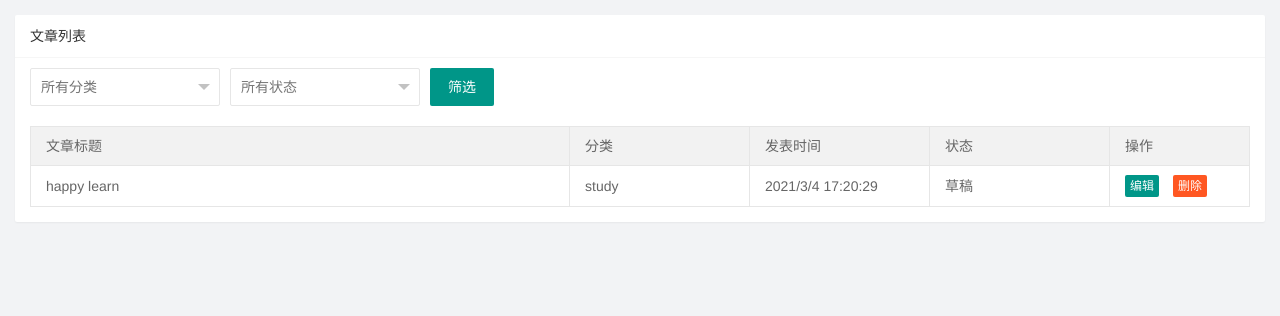
Repository: Libing-spac/big-event
Page: article/art_list.html
These files come from the project's save history. The page is drawn as it stood at one moment and after a run of saves; the edit follows.
The browser window is 1280 px wide. The pictures show the whole page.
The page's requests for data from a server got no answer.

Above is the page before, as saved 2021-03-15 15:18:16.

### article/art_list.html
<!DOCTYPE html>
<html lang="en">

<head>
  <meta charset="UTF-8">
  <meta name="viewport" content="width=device-width, initial-scale=1.0">
  <meta http-equiv="X-UA-Compatible" content="ie=edge">
  <title>Document</title>
  <link rel="stylesheet" href="../assets/lib/layui/css/layui.css" />
  <link rel="stylesheet" href="../assets/css/article/art_list.css" />
</head>

<body>
  <!-- 卡片区域 -->
  <div class="layui-card">
    <div class="layui-card-header">文章列表</div>
    <div class="layui-card-body">
      <!-- 筛选区域 -->
      <form class="layui-form" id="form">
        <div class="layui-form-item">
          <div class="layui-inline">
            <!-- 文章分类的下拉框区域 -->
            <div class="layui-input-inline">
              <select id="cateSelect" name="cate_id">
                <option value="">所有分类</option>
              </select>
            </div>
            <div class="layui-input-inline">
              <select id="stateSelect" name="state">
                <option value="">所有状态</option>
                <option value="已发布">已发布</option>
                <option value="草稿">草稿</option>
              </select>
            </div>
            <div class="layui-input-inline">
              <button class="layui-btn" lay-submit>筛选</button>
            </div>
          </div>
        </div>
      </form>

      <!-- 表格区域 -->
      <table class="layui-table">
        <colgroup>
          <col width="">
          <col width="180">
          <col width="180">
          <col width="180">
          <col width="140">
          <col>
        </colgroup>
        <thead>
          <tr>
            <th>文章标题</th>
            <th>分类</th>
            <th>发表时间</th>
            <th>状态</th>
            <th>操作</th>
          </tr>
        </thead>
        <tbody id="list">
          <tr>
            <td>happy learn</td>
            <td>study</td>
            <td>2021/3/4 17:20:29</td>
            <td>草稿</td>
            <td>
              <button type="button" class="layui-btn layui-btn-xs btn_edit">编辑</button>
              <button type="button" class="layui-btn layui-btn-danger layui-btn-xs btn_delete">删除</button>
            </td>
          </tr>
        </tbody>
      </table>

      <!-- 分页区域 -->
      <div id="page-box"></div>
    </div>
  </div>

  <script src="../assets/lib/layui/layui.all.js"></script>
  <script src="../assets/lib/jquery.js"></script>
  <script src="../assets/lib/axios.min.js"></script>
  <script src="../assets/js/ajaxBase.js"></script>
  <script src="../assets/js/article/art_list.js"></script>
</body>

</html>

### assets/css/article/art_list.css
html,
body {
  margin: 0;
  padding: 0;
  background-color: #f2f3f5;
}

body {
  padding: 15px;
}

### assets/js/ajaxBase.js
// 优化1 => 配置根路径
axios.defaults.baseURL = 'http://api-breakingnews-web.itheima.net'
// 优化2 => 配置请求头信息
// 添加请求拦截器
axios.interceptors.request.use(
  function (config) {
    // 在发送请求之前做些什么
    if (config.url.indexOf('/my') !== -1) {
      // 说明有my
      config.headers.Authorization = localStorage.getItem('token')
    }

    return config
  },
  function (error) {
    // 对请求错误做些什么
    return Promise.reject(error)
  }
)

// 添加响应拦截器
axios.interceptors.response.use(
  function (response) {
    if (
      response.data.status === 1 &&
      response.data.message === '身份认证失败！'
    ) {
      // 如果获取身份信息失败 清除token 返回登录页面
      localStorage.removeItem('token')
      location.href = '/login.html'
    }
    // 对响应数据做点什么
    return response
  },
  function (error) {
    // 对响应错误做点什么
    return Promise.reject(error)
  }
)

### assets/js/article/art_list.js
$(function () {
  let laypage = layui.laypage
  let form = layui.form
  let query = {
    pagenum: 1, //是	int	页码值
    pagesize: 2, //是	int	每页显示多少条数据
    cate_id: '', //否	string	文章分类的 Id
    state: '', //否	string	文章的状态，可选值有：已发布、草稿
  }
  // ============== 发送ajax请求获取数据列表 =================
  getList()
  function getList() {
    axios
      .get('/my/article/list', {
        params: query,
      })
      .then((res) => {
        // 清空内容
        $('#list').empty()
        // 将获取的列表遍历添加到页面
        res.data.data.forEach((item) => {
          $(`<tr>
              <td>${item.title}</td>
              <td>${item.cate_name}</td>
              <td>${formatTime(item.pub_date)}</td>
              <td>${item.state}</td>
              <td>
                <button type="button" data-id="${
                  item.Id
                }" class="layui-btn layui-btn-xs btn_edit">编辑</button>
                <button type="button" data-id="${
                  item.Id
                }"class="layui-btn layui-btn-danger layui-btn-xs btn_delete">删除</button>
              </td>
          </tr>`).appendTo($('#list'))
        })
      })
  }
  // ============== 获取下拉框的分类数据 =================
  axios.get('/my/article/cates').then((res) => {
    console.log(res.data.data)
    // 动态创建option添加到下拉框中
    res.data.data.forEach((item) => {
      console.log(item)
      $(`
        <option value="${item.Id}">${item.name}</option>
      `).appendTo($('#cateSelect'))
    })
    // 手动更新表单
    form.render()
  })

  // ============== 实现帅选功能 =================
  $('#form').on('submit', function (e) {
    e.preventDefault()
    // 在发送请求之前，还需要修改下query查询参数里面的cate_id 以及 state 值
    query.cate_id = $('#cateSelect').val()
    query.state = $('#stateSelect').val()
    query.pagenum = 1
    getList()
  })
  // ============== 实现分页效果 =================
  laypage.render({
    elem: 'page - box', //注意，这里的 test1 是 ID，不用加 # 号
    // count: res.data.total, //数据总数，从服务端得到
    curr: query.pagenum, // 起始页
    limit: query.pagesize, // 每页条数
    layout: ['count', 'limit', 'prev', 'page', 'next', 'skip'], // 自定义分页效果
    limits: ['1', '2', '3', '5', '8', '10'], // 每页条数选项
    // 点击切换功能
    jump: function (obj, first) {
      //obj包含了当前分页的所有参数，比如：
      // console.log(obj.curr) //得到当前页，以便向服务端请求对应页的数据。
      // console.log(obj.limit) //得到每页显示的条数

      //首次不执行
      if (!first) {
        //do something
      }
    },
  })

  // ============== 格式化时间处理 =================
  // 格式化时间
  function formatTime(time) {
    let date = new Date(time)
    let y = date.getFullYear() // 年
    let m = date.getMonth() + 1 // 月
    let d = date.getDate() // 日
    let hh = date.getHours() // 时
    let mm = date.getMinutes() // 分
    let ss = date.getSeconds() // 秒

    return `${y}-${addZero(m)}-${addZero(d)} ${addZero(hh)}:${addZero(mm)}:${addZero(ss)}`
  }

  function addZero(n) {
    return n < 10 ? '0' + n : n
  }
})

Loaded but not shown: assets/lib/layui/css/layui.css (library); assets/lib/layui/layui.all.js (library); assets/lib/jquery.js (library); assets/lib/axios.min.js (library); assets/lib/layui/css/modules/laydate/default/laydate.css (library); assets/lib/layui/css/modules/layer/default/layer.css (library); assets/lib/layui/css/modules/code.css (common file)

After the next 2 saves:
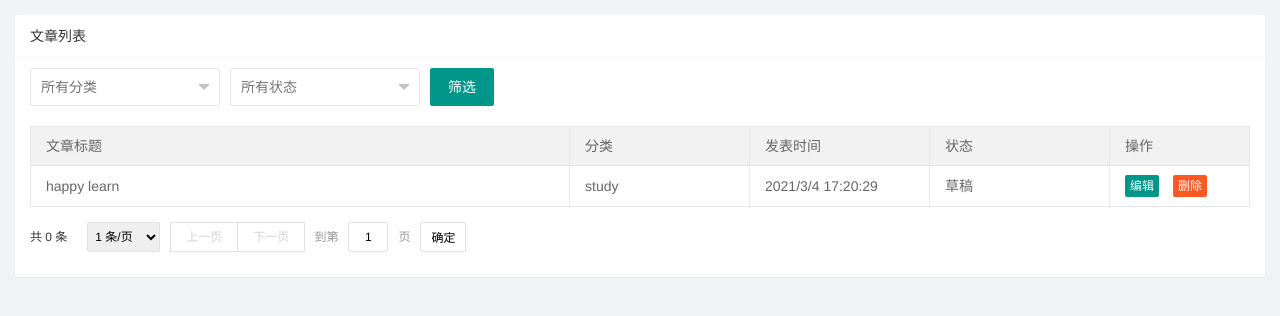
The 2 saves are shown as one change because they came seconds apart.
The last was saved 2 min 40 s later.
--- a/assets/js/article/art_list.js
+++ b/assets/js/article/art_list.js
@@ -61,7 +61,7 @@
   })
   // ============== 实现分页效果 =================
   laypage.render({
-    elem: 'page - box', //注意，这里的 test1 是 ID，不用加 # 号
+    elem: 'page-box', //注意，这里的 test1 是 ID，不用加 # 号
     // count: res.data.total, //数据总数，从服务端得到
     curr: query.pagenum, // 起始页
     limit: query.pagesize, // 每页条数

After the save that followed:
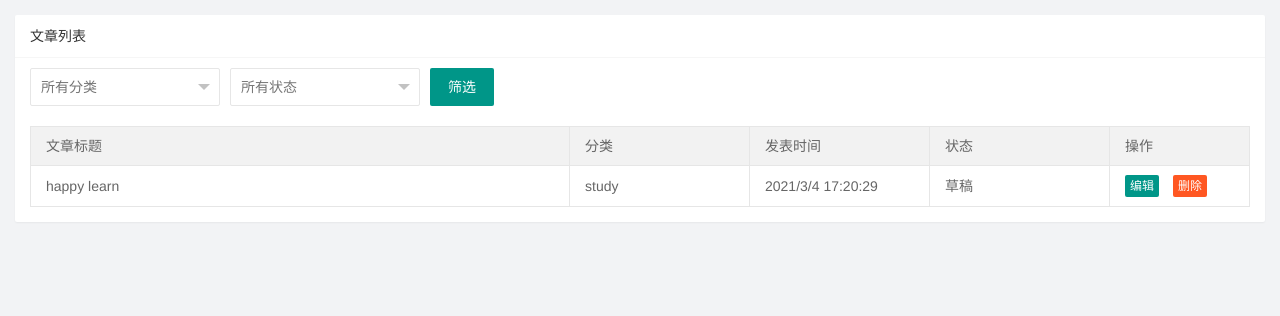
Console error: ReferenceError: res is not defined
Saved 23 s later.
--- a/assets/js/article/art_list.js
+++ b/assets/js/article/art_list.js
@@ -62,7 +62,7 @@
   // ============== 实现分页效果 =================
   laypage.render({
     elem: 'page-box', //注意，这里的 test1 是 ID，不用加 # 号
-    // count: res.data.total, //数据总数，从服务端得到
+    count: res.data.total, //数据总数，从服务端得到
     curr: query.pagenum, // 起始页
     limit: query.pagesize, // 每页条数
     layout: ['count', 'limit', 'prev', 'page', 'next', 'skip'], // 自定义分页效果
